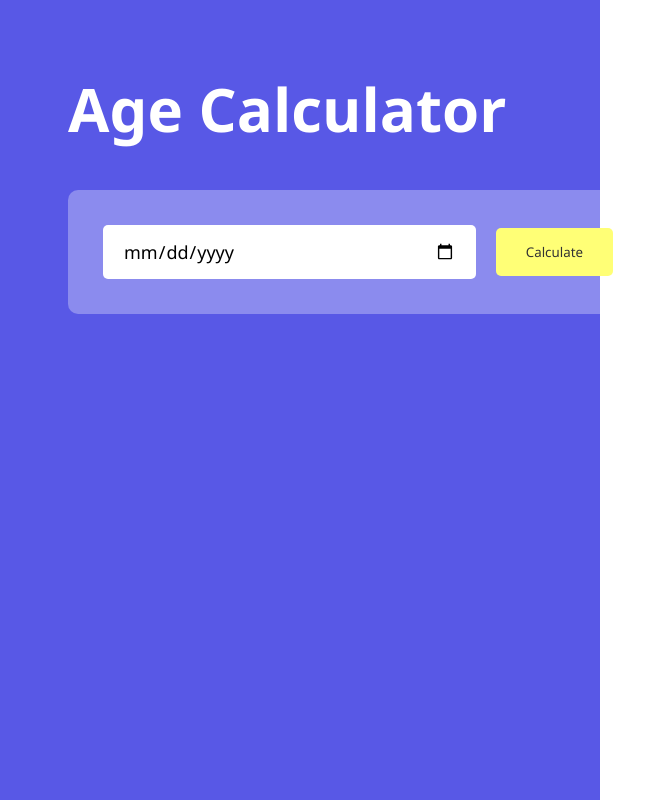
Repository: Thamayanthi-Narayanan/Age-Calculator
Page: index.html
An editor plug-in stored every save of this project. The page is shown before and after the next save, followed by the edit.
The browser window is 600 px wide. The page is 648 px wide, then 600 px, so the pictures cover 648 px, including what lies to the right of the window. The pictures show the whole page.

Above is the page before, as saved 2025-05-23 15:10:32.

After the next save:
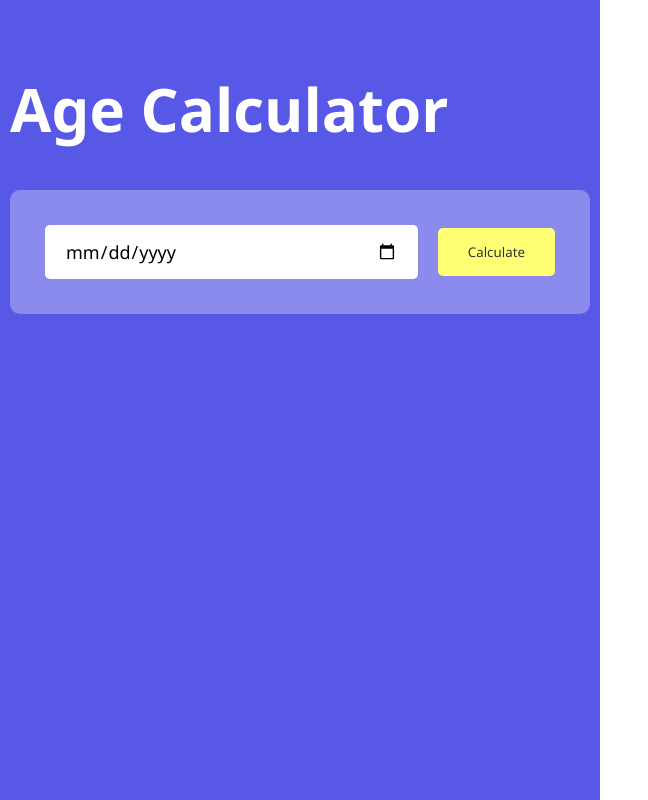
Saved 7 s later.
--- a/style.css
+++ b/style.css
@@ -72,6 +72,7 @@
 
 @media (max-width: 767px){
     .calculator{
-        margin-left: ;
+        margin-left: 0;
+        margin-top: ;
     }
 }
